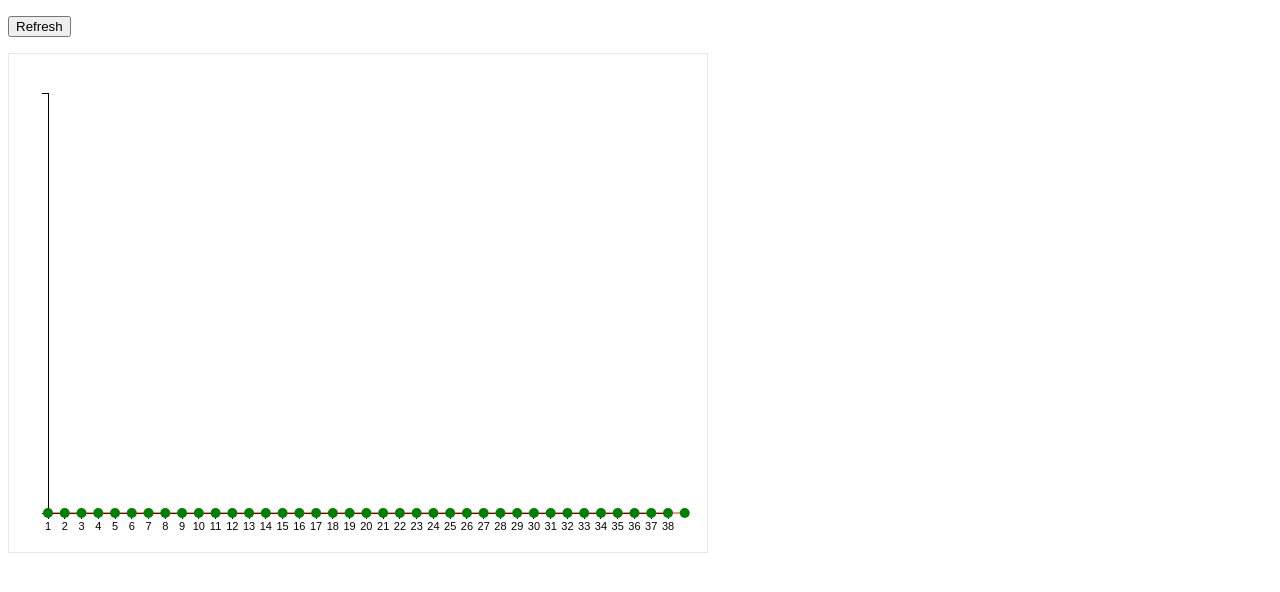
Repository: Freshield/GAEJSP
Page: GAEtesting/war/dywtest4.html
These files come from the project's save history. The page is drawn as it stood at one moment and after the next save; the edit follows.
The browser window is 1280 px wide. The pictures show the whole page.
The page's requests for data from a server got no answer.

Above is the page before, as saved 2016-03-08 02:20:48.

### GAEtesting/war/dywtest4.html
<!DOCTYPE html>
<html>
<head lang="en">
	<meta charset="UTF-8">
	<title>Test4</title>
	<script type="text/javascript" src="d3/d3.js"></script>
	<script type="text/javascript">

	</script>
	<style type="text/css">
	body{
	height: 100%;
	}
	.axis path,
	.axis line {
	fill: none;
	stroke: black;
	shape-rendering: crispEdges;
	}
	.axis text {
	font-family: sans-serif;
	font-size: 11px;
	}
	</style>
</head>
<body>
	<p align="left">
		<button onclick="drawChart();">Refresh</button>
	</p>

	<script type="text/javascript">




		var dataset = [];
		var xMarks = [];
		var w = 700;
		var h = 500;
		var padding = 40;

		//create data

		getData();
		var data1 = [10,30,45,90,34,26,75,46,37,87,23,45,67,35];
		var data1 = [30,45,90,34,26,75,46,37,87,23,45,67,35,67];
		var data1 = [45,90,34,26,75,46,37,87,23,45,67,35,67,89];

		//create svg

		var svg = d3.select("body")
				.append("svg")
				.attr("width",w)
				.attr("height",h);

		//add background
		svg.append("g")
				.append("rect")
				.attr("x",0)
				.attr("y",0)
				.attr("width",w)
				.attr("height",h)
				.style("fill","#FFF")
				.style("stroke-width",2)
				.style("stroke","#E7E7E7");

		//add scaleor

		var xScale = d3.scale.linear()
				.domain([0,dataset.length-2])
				.range([padding,w-padding]);

		var yScale = d3.scale.linear()
				.domain([0,d3.max(dataset)])
				.range([h-padding,padding]);

		//define axis

		var xAxis = d3.svg.axis()
				.scale(xScale)
				.orient("bottom")
				.ticks(dataset.length);

		//define axis bar

		var xBar = svg.append("g")
				.attr("class","axis")
				.attr("transform","translate(0,"+(h-padding)+")")
				.call(xAxis)
				.selectAll("text")
				.text(function(d){
					return xMarks[d];
				});


		//define y axis

		var yAxis = d3.svg.axis()
				.scale(yScale)
				.orient("left")
				.ticks(10);

		//define axis bar

		var yBar = svg.append("g")
				.attr("class","axis")
				.attr("transform","translate("+padding+",0)")
				.call(yAxis);


		//add lines

		var lineFunction = d3.svg.line()
				.interpolate("linear")
				.x(function(d,i){
					return xScale(i);
				})
				.y(function(d){
					return yScale(d);
				});

		//add polyline


		var path = svg.append("path")
				.attr("d",lineFunction(dataset))
				.attr("class","thepath")
				.style("fill","none")
				.style("stroke-width",1)
				.style("stroke","#F00")
				.style("stroke-opacity",0.9);

		//add point

		svg.selectAll("circle")
				.data(dataset)
				.enter()
				.append("circle")
				.attr("cx",function(d,i){
					return xScale(i);
				})
				.attr("cy",function(d){
					return yScale(d);
				})
				.attr("r",5)
				.attr("fill","green");



		var timeNum;

		function getData(){
			var dataNum = 40;
			dataset = [];
			xMarks = [];

			for(var i = 1;i<dataNum;i++){
				//dataset.push(Math.round(Math.random()*h));
				dataset.push(0);
				xMarks.push(+i);
				timeNum = i;
			}

		}

		function changeData(){
			dataset.shift();
			//dataset.push(Math.round(Math.random()*h));
			dataset.push(receJSON);
			xMarks.shift();
			xMarks.push((++timeNum));
		}

		function drawChart() {

			changeData();


			yScale = d3.scale.linear()
					.domain([0, d3.max(dataset)])
					.range([h - padding, padding]);

			yAxis = d3.svg.axis()
					.scale(yScale)
					.orient("left")
					.ticks(10);

			xScale = d3.scale.linear()
					.domain([0,dataset.length-2])
					.range([padding,w-padding]);

			xAxis = d3.svg.axis()
					.scale(xScale)
					.orient("bottom")
					.ticks(dataset.length);

			xBar.transition()
					.duration(300)
					//.text(function(d){
					//	return xMarks[d];
					//})
					.call(xAxis);

			yBar.transition()
					.duration(300)
					.call(yAxis);

			path//.transition()
					//.duration(1000)
					.attr("d", lineFunction(dataset));

			svg.selectAll("circle")
					.data(dataset)
					//.transition()
					//.duration(1000)
					.attr("cy", function (d) {
						return yScale(d);
					});
		}


		function CreateXHR(){
			if (window.XMLHttpRequest)
			{
				//对浏览器 IE7+, Firefox, Chrome, Opera, Safari
				return new XMLHttpRequest();
			}
			else
			{
				//对浏览器 IE6, IE5
				return new ActiveXObject("Microsoft.XMLHTTP");
			}
		}


		setTimeout(function(){

			xmlhttp = CreateXHR();

			xmlhttp.open("GET","/HelloServlet",true);
			xmlhttp.send();

			xmlhttp.onreadystatechange = function(){
				if(xmlhttp.readyState == 4 && xmlhttp.status == 200){
					var getedJSON = xmlhttp.responseText;
					var obj = JSON.parse(getedJSON);
					receJSON = obj.value;
					drawChart();
				}
			}


			setTimeout(arguments.callee,2000);
		},2000);

		var xmlhttp;
		var receJSON;





	</script>

</body>
</html>

Loaded but not shown: GAEtesting/war/d3/d3.js (library)

After the next save:
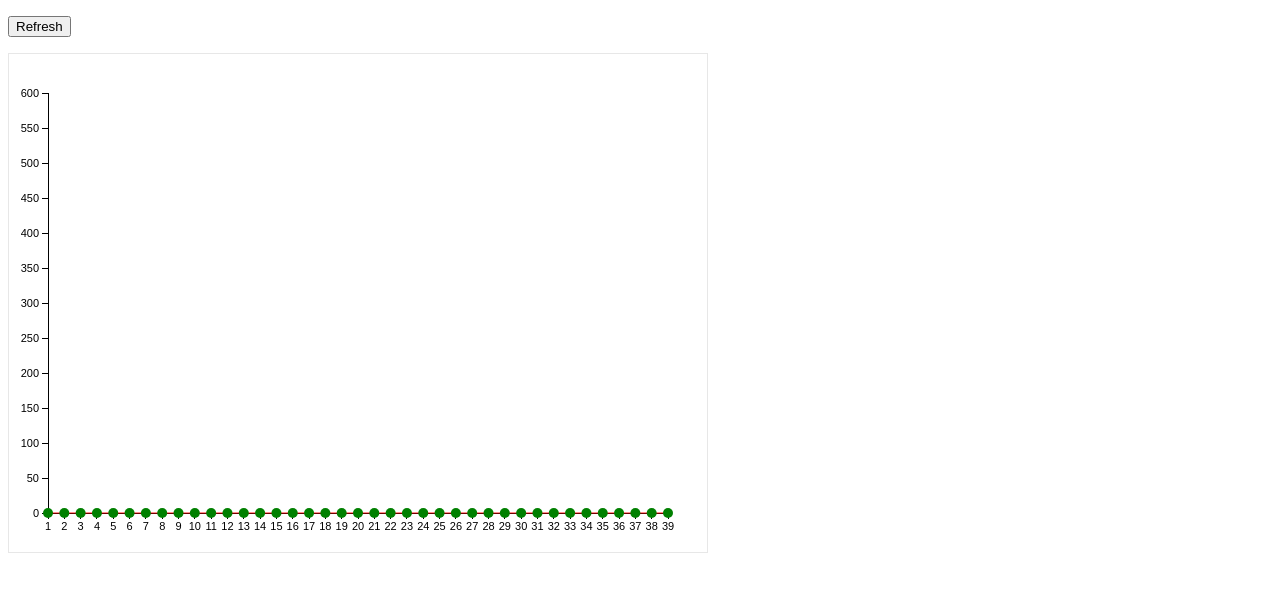
Saved 3 min 22 s later.
--- a/GAEtesting/war/dywtest4.html
+++ b/GAEtesting/war/dywtest4.html
@@ -67,11 +67,11 @@
 		//add scaleor
 
 		var xScale = d3.scale.linear()
-				.domain([0,dataset.length-2])
+				.domain([0,dataset.length-1])
 				.range([padding,w-padding]);
 
 		var yScale = d3.scale.linear()
-				.domain([0,d3.max(dataset)])
+				.domain([0,600])
 				.range([h-padding,padding]);
 
 		//define axis
@@ -176,9 +176,9 @@
 			changeData();
 
 
-			yScale = d3.scale.linear()
-					.domain([0, d3.max(dataset)])
-					.range([h - padding, padding]);
+			//yScale = d3.scale.linear()
+			//		.domain([0, d3.max(dataset)])
+			//		.range([h - padding, padding]);
 
 			yAxis = d3.svg.axis()
 					.scale(yScale)
@@ -186,7 +186,7 @@
 					.ticks(10);
 
 			xScale = d3.scale.linear()
-					.domain([0,dataset.length-2])
+					.domain([0,dataset.length-1])
 					.range([padding,w-padding]);
 
 			xAxis = d3.svg.axis()
@@ -196,9 +196,9 @@
 
 			xBar.transition()
 					.duration(300)
-					//.text(function(d){
-					//	return xMarks[d];
-					//})
+					.text(function(d){
+						return xMarks[d];
+					})
 					.call(xAxis);
 
 			yBar.transition()
